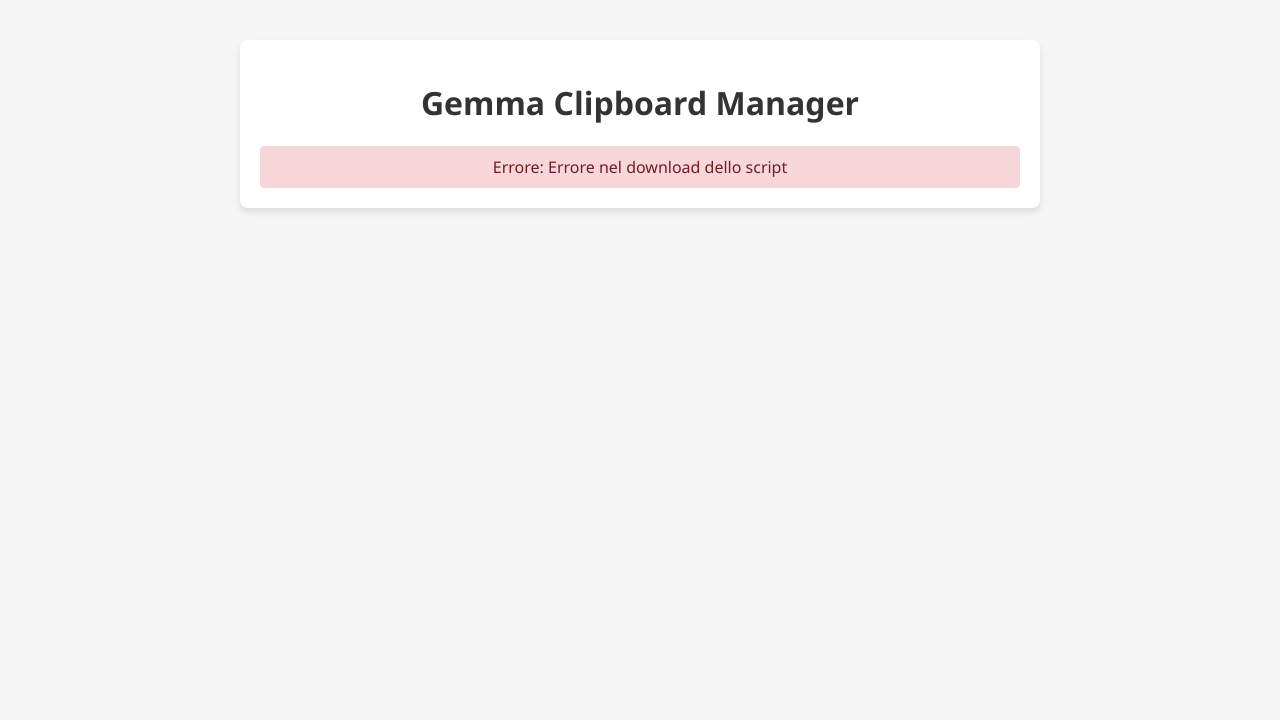
Repository: mikymoro2005/gemma-clipboard
Page: public/index.html
The author's editor kept a copy of each file at every save. The page is drawn from the files as they stood at one save, then again after the next save.
The browser window is 1280 px wide. The pictures show the whole page.

Above is the page before, as saved 2025-04-14 17:01:15.
Not found: gemma_clipboard.py

After the next save:
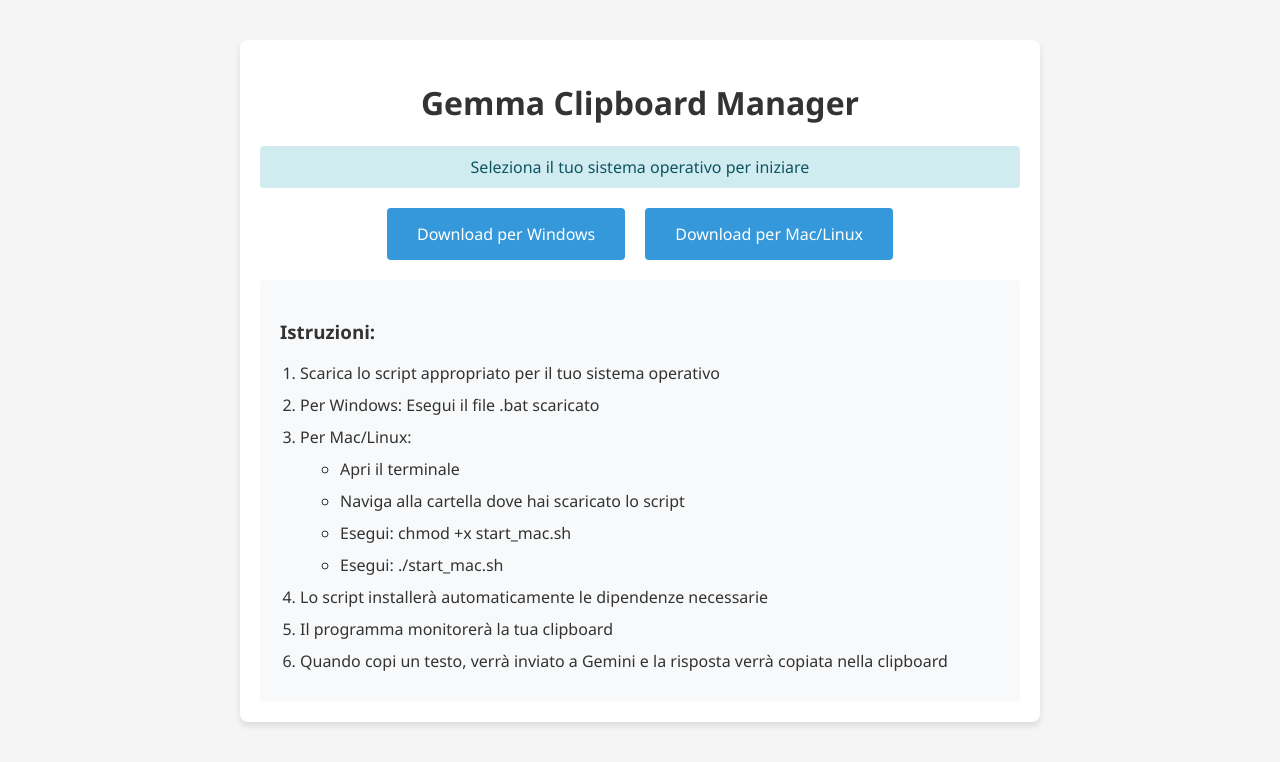
Saved 2 min 8 s later.
--- a/public/index.html
+++ b/public/index.html
@@ -21,6 +21,26 @@
             padding: 20px;
             margin: 20px auto;
         }
+        .button-container {
+            display: flex;
+            justify-content: center;
+            gap: 20px;
+            margin: 20px 0;
+        }
+        .download-button {
+            background-color: #3498db;
+            color: white;
+            border: none;
+            padding: 15px 30px;
+            border-radius: 4px;
+            cursor: pointer;
+            font-size: 16px;
+            text-decoration: none;
+            transition: background-color 0.3s;
+        }
+        .download-button:hover {
+            background-color: #2980b9;
+        }
         .status {
             margin-top: 20px;
             padding: 10px;
@@ -38,67 +58,50 @@
             background-color: #d1ecf1;
             color: #0c5460;
         }
-        .loader {
-            border: 5px solid #f3f3f3;
-            border-top: 5px solid #3498db;
-            border-radius: 50%;
-            width: 30px;
-            height: 30px;
-            animation: spin 2s linear infinite;
-            margin: 20px auto;
+        .instructions {
+            margin-top: 20px;
+            text-align: left;
+            padding: 20px;
+            background-color: #f8f9fa;
+            border-radius: 4px;
         }
-        @keyframes spin {
-            0% { transform: rotate(0deg); }
-            100% { transform: rotate(360deg); }
+        .instructions ol {
+            margin: 0;
+            padding-left: 20px;
+        }
+        .instructions li {
+            margin: 10px 0;
         }
     </style>
 </head>
 <body>
     <div class="card">
         <h1>Gemma Clipboard Manager</h1>
-        <div id="status" class="status info">Inizializzazione in corso...</div>
-        <div id="loader" class="loader"></div>
+        <div id="status" class="status info">Seleziona il tuo sistema operativo per iniziare</div>
+
+        <div class="button-container">
+            <a href="/start_windows.bat" class="download-button" download>Download per Windows</a>
+            <a href="/start_mac.sh" class="download-button" download>Download per Mac/Linux</a>
+        </div>
+
+        <div class="instructions">
+            <h3>Istruzioni:</h3>
+            <ol>
+                <li>Scarica lo script appropriato per il tuo sistema operativo</li>
+                <li>Per Windows: Esegui il file .bat scaricato</li>
+                <li>Per Mac/Linux:
+                    <ul>
+                        <li>Apri il terminale</li>
+                        <li>Naviga alla cartella dove hai scaricato lo script</li>
+                        <li>Esegui: chmod +x start_mac.sh</li>
+                        <li>Esegui: ./start_mac.sh</li>
+                    </ul>
+                </li>
+                <li>Lo script installerà automaticamente le dipendenze necessarie</li>
+                <li>Il programma monitorerà la tua clipboard</li>
+                <li>Quando copi un testo, verrà inviato a Gemini e la risposta verrà copiata nella clipboard</li>
+            </ol>
+        </div>
     </div>
-
-    <script>
-        document.addEventListener('DOMContentLoaded', async function() {
-            const statusDiv = document.getElementById('status');
-            const loader = document.getElementById('loader');
-
-            try {
-                // Download dello script
-                statusDiv.textContent = "Download dello script in corso...";
-                const response = await fetch('/gemma_clipboard.py');
-                if (!response.ok) throw new Error('Errore nel download dello script');
-
-                const blob = await response.blob();
-                const url = window.URL.createObjectURL(blob);
-                const a = document.createElement('a');
-                a.href = url;
-                a.download = 'gemma_clipboard.py';
-                document.body.appendChild(a);
-                a.click();
-                window.URL.revokeObjectURL(url);
-                document.body.removeChild(a);
-
-                // Avvio dello script
-                statusDiv.textContent = "Avvio dello script in corso...";
-                const startResponse = await fetch('/.netlify/functions/start-script', {
-                    method: 'POST'
-                });
-
-                if (!startResponse.ok) throw new Error('Errore nell\'avvio dello script');
-
-                statusDiv.className = 'status success';
-                statusDiv.textContent = "Script avviato con successo! Puoi chiudere questa finestra.";
-                loader.style.display = 'none';
-
-            } catch (error) {
-                statusDiv.className = 'status error';
-                statusDiv.textContent = `Errore: ${error.message}`;
-                loader.style.display = 'none';
-            }
-        });
-    </script>
 </body>
 </html>
